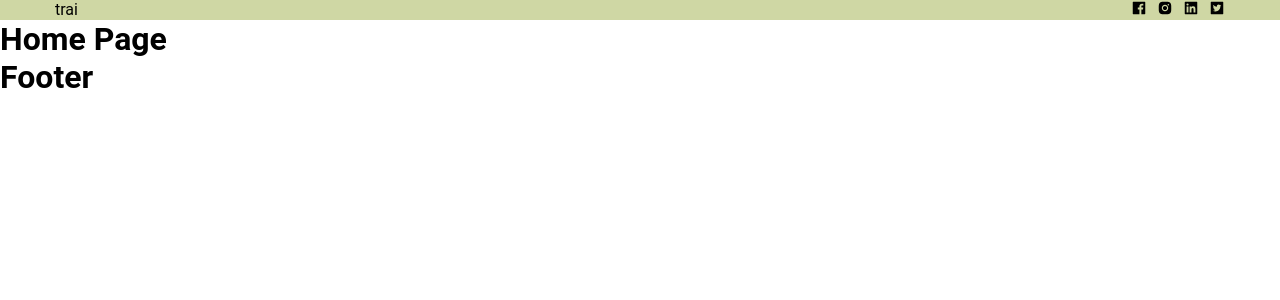
Repository: anhcanh1007/show_product
Page: /
These files come from the project's save history. The page is drawn as it stood at one moment and after a run of saves; the edit follows.
The browser window is 1280 px wide. The pictures show the whole page.
The project was rebuilt for these pictures with package versions that can differ from the ones it lists, and the page was loaded fresh each time. Imported but missing from the stored project, and not drawn on this page: src/pages/user/profilePage.

Above is the page before, as saved 2024-01-25 13:47:10.

After the next 4 saves:
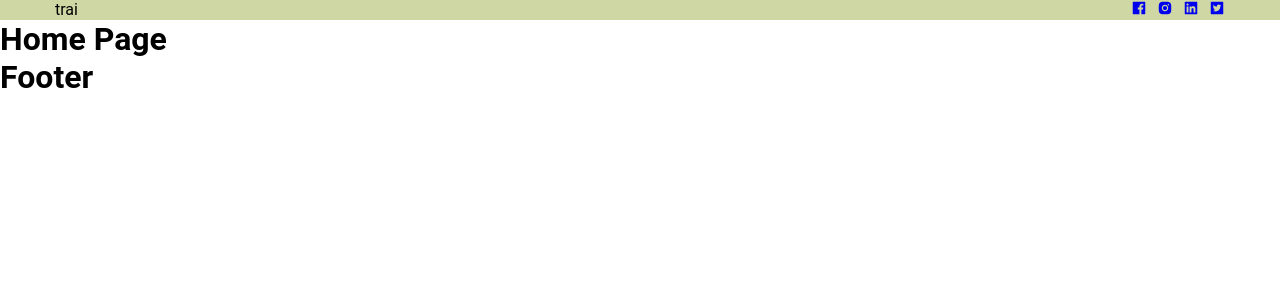
The 4 saves are shown as one change because they came seconds apart.
The last was saved 10 s later.
--- a/src/pages/user/theme/header/index.js
+++ b/src/pages/user/theme/header/index.js
@@ -18,28 +18,24 @@ const Header = () => {
             <div className="col-6 header__top_right">
               <ul>
                 <li>
-                <Link to={""} >
-
-                </Link>
-                  <AiFillFacebook />
+                  <Link to={""}>
+                    <AiFillFacebook />
+                  </Link>
                 </li>
                 <li>
-                <Link to={""} >
-
-                </Link>
-                  <AiFillInstagram />
+                  <Link to={""}>
+                    <AiFillInstagram />
+                  </Link>
                 </li>
                 <li>
-                <Link to={""} >
-
-                </Link>
-                  <AiFillLinkedin />
+                  <Link to={""}>
+                    <AiFillLinkedin />
+                  </Link>
                 </li>
                 <li>
-                <Link to={""} >
-
-                </Link>
-                  <AiFillTwitterSquare />
+                  <Link to={""}>
+                    <AiFillTwitterSquare />
+                  </Link>
                 </li>
               </ul>
             </div>
